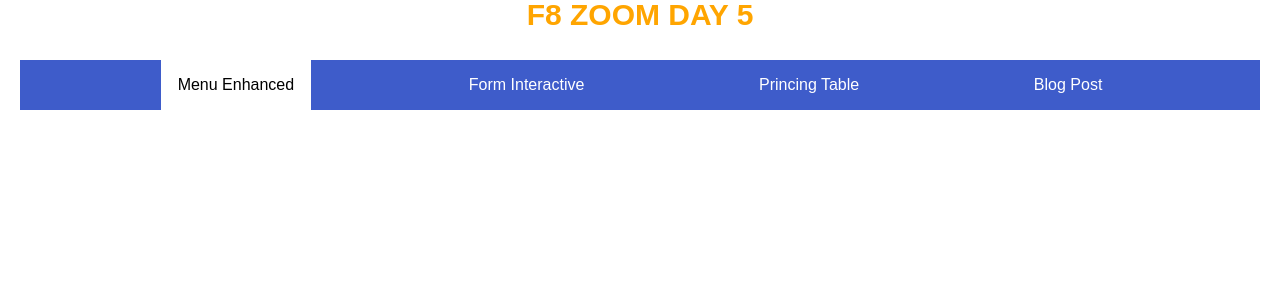
Repository: lannguyen1301/f8-zoom-day-5
Page: index.html
These files come from the project's save history. The page is drawn as it stood at one moment and after the next save; the edit follows.
The browser window is 1280 px wide. The pictures show the whole page.

Above is the page before, as saved 2025-04-21 18:43:45.

### index.html
<!DOCTYPE html>
<html lang="en">

<head>
    <meta charset="UTF-8">
    <meta name="viewport" content="width=device-width, initial-scale=1.0">
    <title>F8 ZOOM DAY 5</title>
    <link rel="stylesheet" href="./assets/css/reset.css">
    <link rel="stylesheet" href="./assets/css/style.css">
</head>

<body>
    <div class="inner">
        <h1 class="title-desc">F8 ZOOM DAY 5</h1>
        <nav class="navbar">
            <ul class="navbar__list">
                <li class="navbar__item active">
                    <a href="./menu-enhanced.html" class="navbar__link" target="_blank">Menu Enhanced</a>
                </li>
                <li class="navbar__item">
                    <a href="./form-interactive.html" class="navbar__link" target="_blank">Form Interactive</a>
                </li>
                <li class="navbar__item">
                    <a href="./pricing-table.html" class="navbar__link" target="_blank">Princing Table</a>
                </li>
                <li class="navbar__item">
                    <a href="./blog-post.html" class="navbar__link" target="_blank">Blog Post</a>
                </li>
            </ul>
        </nav>
    </div>
</body>

</html>

### assets/css/style.css
* {
    box-sizing: border-box;
}

html {
    font-size: 62.5%;
}

body {
    font-size: 1.6rem;
    font-family: "poppins", sans-serif;
}

/* common*/
a {
    text-decoration: none;
}

.inner {
    margin: 0 auto;
    padding: 0 20px;
}

.title-desc {
    font-size: 3rem;
    text-align: center;
    font-weight: 900;
    color: orange;
}

.navbar__list {
    display: flex;
    align-items: center;
    justify-content: space-evenly;
    margin-top: 30px;
    background-color: #3e5cca;
}

.navbar__item {
    height: 50px;
}

.navbar__link {
    color: #fff;
    line-height: 50px;
    padding: 17px;
    font-weight: 500;
    font-size: 1.6rem;
}

.active,
.navbar__list .navbar__item:hover > .navbar__link {
    background-color: #fff;
    color: #000;
}

.active a {
    color: #000;
}

Loaded but not shown: assets/css/reset.css (common file)

After the next save:
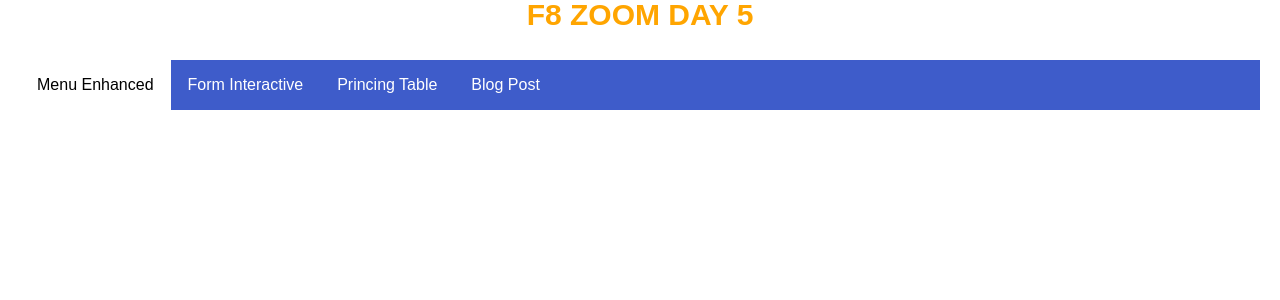
Saved 32 s later.
--- a/assets/css/style.css
+++ b/assets/css/style.css
@@ -31,7 +31,7 @@ a {
 .navbar__list {
     display: flex;
     align-items: center;
-    justify-content: space-evenly;
+    justify-content: space-ecenterenly;
     margin-top: 30px;
     background-color: #3e5cca;
 }
